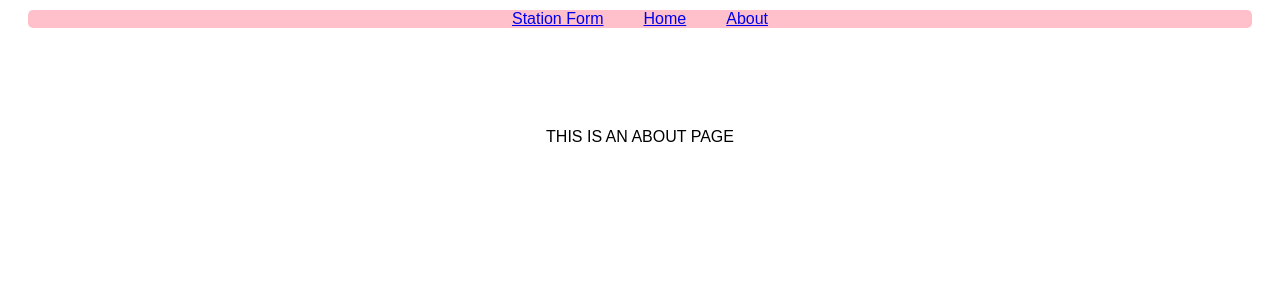
Repository: rutsguifd/mkr2
Page: /#/about
The author's editor kept a copy of each file at every save. The page is drawn from the files as they stood at one save, then again after the next save.
The browser window is 1280 px wide. The pictures show the whole page.
The project was rebuilt for these pictures with package versions that can differ from the ones it lists, and the page was loaded fresh each time. Also part of the build but not shown: src/views/Home.vue, src/components/FavoriteTrips.vue, src/components/AddTrip.vue, src/components/TripCard.vue, src/views/StationForm.vue.

Above is the page before, as saved 2021-12-21 22:22:57.

### src/App.vue
<template>
  <div>
    <router-view />
  </div>
</template>

<script>
  export default {

  }
</script>

<style lang="scss" scoped>

</style>

### src/router/index.js
import { createRouter, createWebHashHistory } from 'vue-router'
import Home from '../views/Home.vue'
import About from '../views/About.vue'
import StationForm from '../views/StationForm.vue'


const routes = [
  {
    path: '/',
    name: 'Home',
    component: Home
  },
  {
    path: '/about',
    name: 'About',
    component: About
  },
  {
    path: '/station-form',
    name: 'StationForm',
    component: StationForm
  }
]

const router = createRouter({
  history: createWebHashHistory(),
  routes
})

export default router

### src/store/index.js
import { createStore } from 'vuex'

export default createStore({
  state: {
    tripInfo: [
      {
        id: 1,
        tripStart: "Uzh",
        tripEnd: "Muk",
        tripDuration: "1 hour",
        tripPrice: "500",
        vehicle: "Bus"
      },
      {
        id: 2,
        tripStart: "Kiev",
        tripEnd: "Muk",
        tripDuration: "2 hours",
        tripPrice: "1000",
        vehicle: "Train"
      },
      {
        id: 3,
        tripStart: "Lviv",
        tripEnd: "Uzh",
        tripDuration: "1.5 hours",
        tripPrice: "500",
        vehicle: "Bus"
      }
    ],
    favoriteTrips: []
  },
  mutations: {
    addTrip(state, trip) {
      state.tripInfo.push({
        tripStart: trip.start,
        tripEnd: trip.end,
        tripDuration: trip.dur,
        tripPrice: trip.price,
        vehicle: trip.veh
      })
    },
    deleteTrip(state, ind) {
      state.tripInfo.splice(ind, 1)
    },
    addToFavorites(state, trip) {
      state.favoriteTrips.push({
        tripStart: trip.start,
        tripEnd: trip.end,
        tripDuration: trip.dur,
        tripPrice: trip.price,
        vehicle: trip.veh
      });
      console.log(state.favoriteTrips)
    }
  },
  actions: {},
  getters: {
    AllTrips(state) {
      return state.tripInfo
    },
    AllFavoriteTrips(state) {
      return state.favoriteTrips
    }
  }
})

### src/views/About.vue
<template>
  <Header />
  <div>THIS IS AN ABOUT PAGE</div>
</template>

<script>
import Header from "../components/Header.vue";
export default {
  name: "About",
  components: {
    Header,
  },
};
</script>

<style lang="scss" scoped>
* {
  margin: 0;
  padding: 0;
  box-sizing: border-box;
  font-family: "Fira Sans", sans-serif;
}
div {
    font-size: 23;
  margin-top: 100px;
  text-align: center;
}
</style>

### src/components/Header.vue
<template>
  <div class="header">
    <span><router-link to="/station-form">Station Form</router-link></span>
    <span><router-link to="/">Home</router-link></span>
    <span><router-link to="/about">About</router-link></span>
  </div>
</template>

<script>
export default {};
</script>

<style lang="scss" scoped>
.header{
    text-align: center;
    margin: 10px 20px;
    background: pink;
    border-radius: 5px;
    span{
        margin: 0px 20px;
    }
}
</style>

Loaded but not shown: public/index.html (common file); src/main.js (common file)

After the next save:
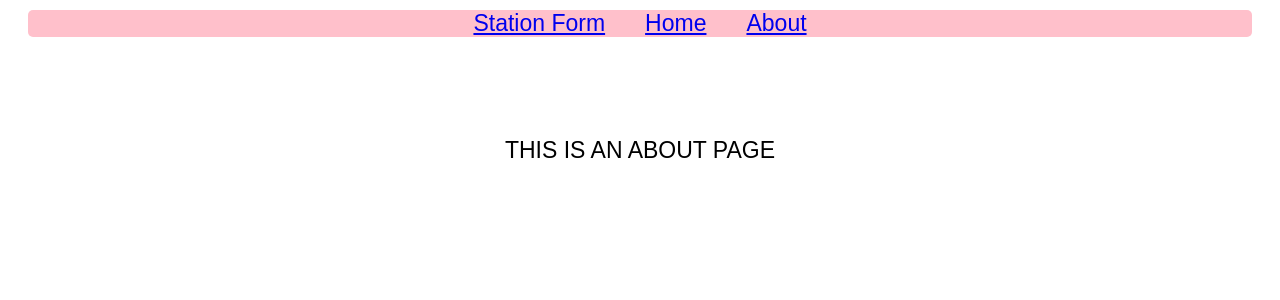
Saved 5 s later.
--- a/src/views/About.vue
+++ b/src/views/About.vue
@@ -21,7 +21,7 @@ export default {
   font-family: "Fira Sans", sans-serif;
 }
 div {
-    font-size: 23;
+    font-size: 23px;
   margin-top: 100px;
   text-align: center;
 }
